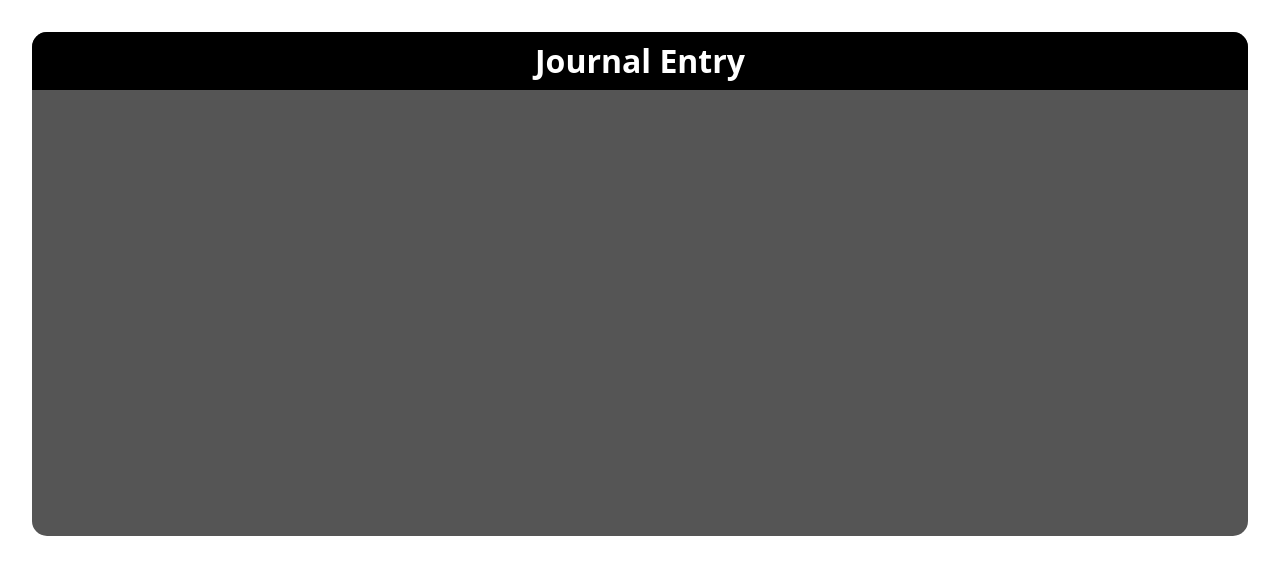
Repository: kestermbah/ai-journal
Page: /
The author's editor kept a copy of each file at every save. The page is drawn from the files as they stood at one save, then again after the next save.
The browser window is 1280 px wide. The pictures show the whole page.
The project was rebuilt for these pictures with package versions that can differ from the ones it lists, and the page was loaded fresh each time. Also part of the build but not shown: vite.config.ts, src/index.css.

Above is the page before, as saved 2024-12-24 20:48:50.

After the next save:
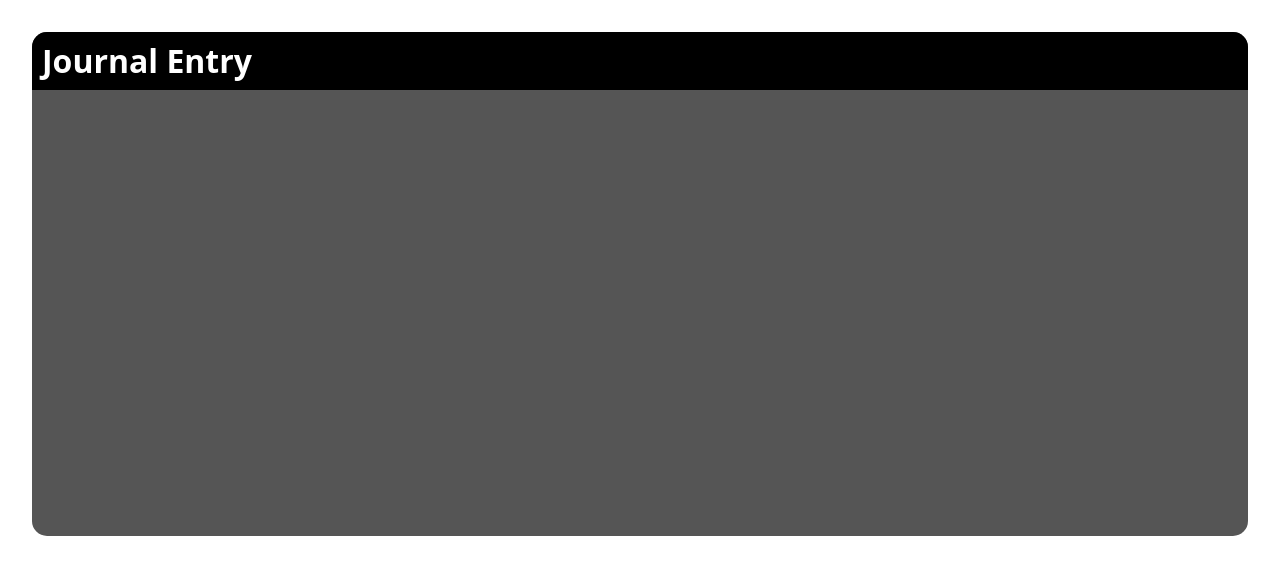
Saved 64 s later.
--- a/src/components/Journal.css
+++ b/src/components/Journal.css
@@ -1,4 +1,5 @@
 .Title{
+    text-align: left;
     color : white;
     font-size: 2rem;
     font-weight: bold;
